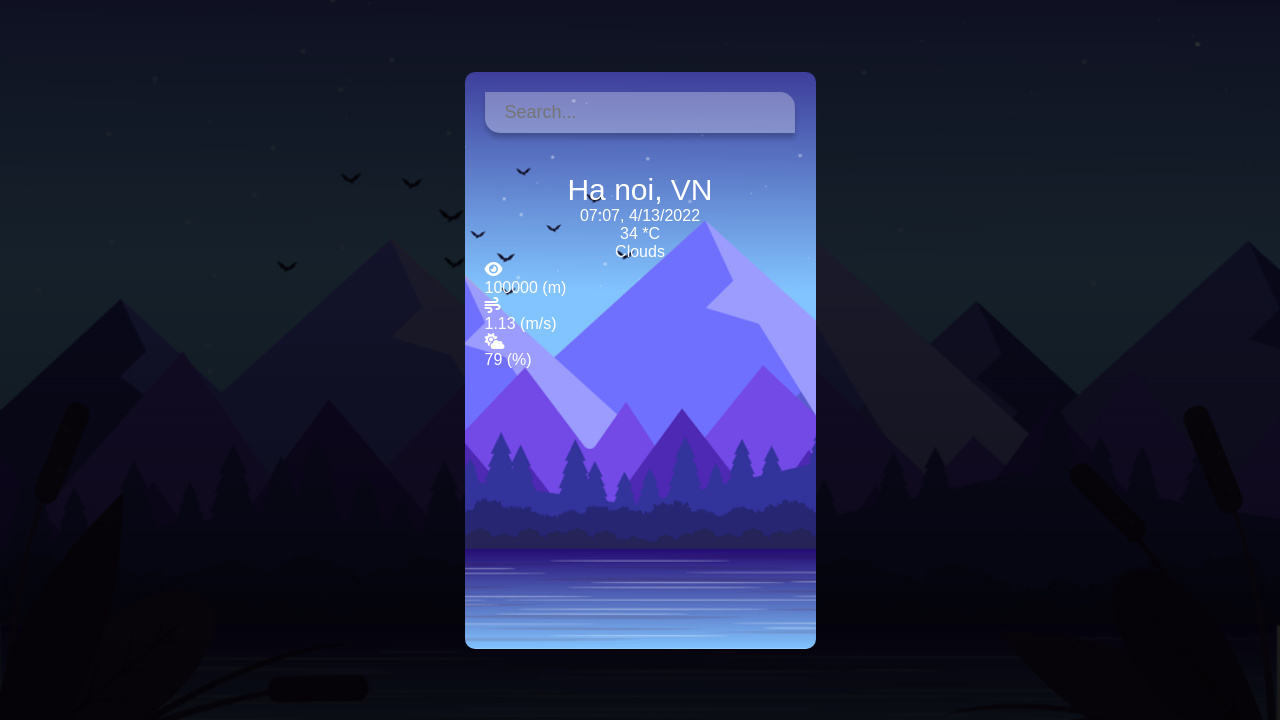
Repository: nganha241/weather-app
Page: index.html
These files come from the project's save history. The page is drawn as it stood at one moment and after the next save; the edit follows.
The browser window is 1280 px wide. The pictures show the whole page.
Some web libraries are served in a nearby version.

Above is the page before, as saved 2022-04-13 09:12:33.

### index.html
<!DOCTYPE html>
<html lang="en">
  <head>
    <meta charset="UTF-8" />
    <meta http-equiv="X-UA-Compatible" content="IE=edge" />
    <meta name="viewport" content="width=device-width, initial-scale=1.0" />
    <title>Document</title>
    <link rel="stylesheet" href="./style.css" />
  </head>
  <body>
    <div id="weather">
      <div class="header">
        <input type="text" placeholder="Search..." />
      </div>
      <div class="content">
        <div class="city">Ha noi, <span class="country">VN</span></div>
        <div class="time">07:07, <span class="date">4/13/2022</span></div>

        <div class="deg">34 *C</div>
        <div class="status">Clouds</div>
      </div>
      <div class="footer">
        <div class="detail">
          <div class="distance">
            <div><i class="fa-solid fa-eye"></i></div>
            <div>100000 <span>(m)</span></div>
          </div>
          <div class="speed">
            <div><i class="fa-solid fa-wind"></i></div>
            <div>1.13 <span>(m/s)</span></div>
          </div>
          <div class="humidity">
            <div><i class="fa-solid fa-cloud-sun"></i></div>
            <div>79 <span>(%)</span></div>
          </div>
        </div>
      </div>
    </div>
    <script
      src="https://kit.fontawesome.com/ae971d7ee0.js"
      crossorigin="anonymous"
    ></script>
    <script src="./main.js"></script>
  </body>
</html>

### style.css
* {
    padding: 0;
    margin: 0;
    box-sizing: border-box;
}

body {
    font-family: sans-serif;
    height: 100vh;
    display: flex;
    justify-content: center;
    align-items: center;
    background: linear-gradient(to top, rgba(0, 0, 0, 0.9), rgba(0, 0, 0, 0.8)), url(./img1.png) no-repeat center/cover;
    color: #fff;
}

#weather {
    padding: 20px;
    width: 351px;
    height: 577px;
    border: none;
    border-radius: 10px;
    background: url(./img1.png) no-repeat center/cover;
}

.header input{
    width: 310px;
    height: 41px;
    border-radius: 0px 15px 0px 15px;
    border: none;
    background: rgba(255, 255, 255, 0.3);
    box-shadow: 0px 5px 5px rgba(0, 0, 0, 0.2);
    outline: none;
    font-size: 18px;
    padding: 0 20px;
    transition: 0.4s;
}

.header input:focus {
    border-radius: 15px 0px 15px 0px;
    background: rgba(255, 255, 255, 0.7);
}

.content {
    margin-top: 40px;
    text-align: center;
}

.city {
    font-size: 30px;
}

Loaded but not shown: main.js (no copy from this time; the picture is the same without it)

After the next save:
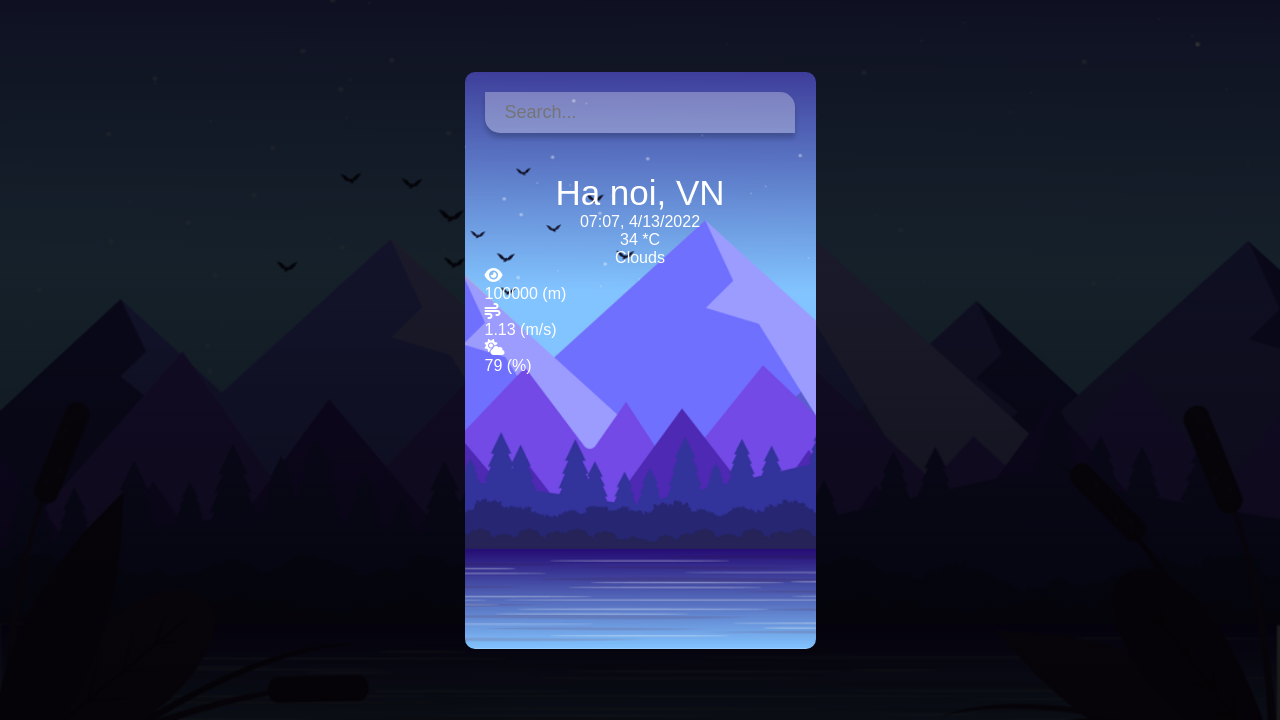
Saved 6 s later.
--- a/style.css
+++ b/style.css
@@ -47,5 +47,5 @@ body {
 }
 
 .city {
-    font-size: 30px;
+    font-size: 35px;
 }
